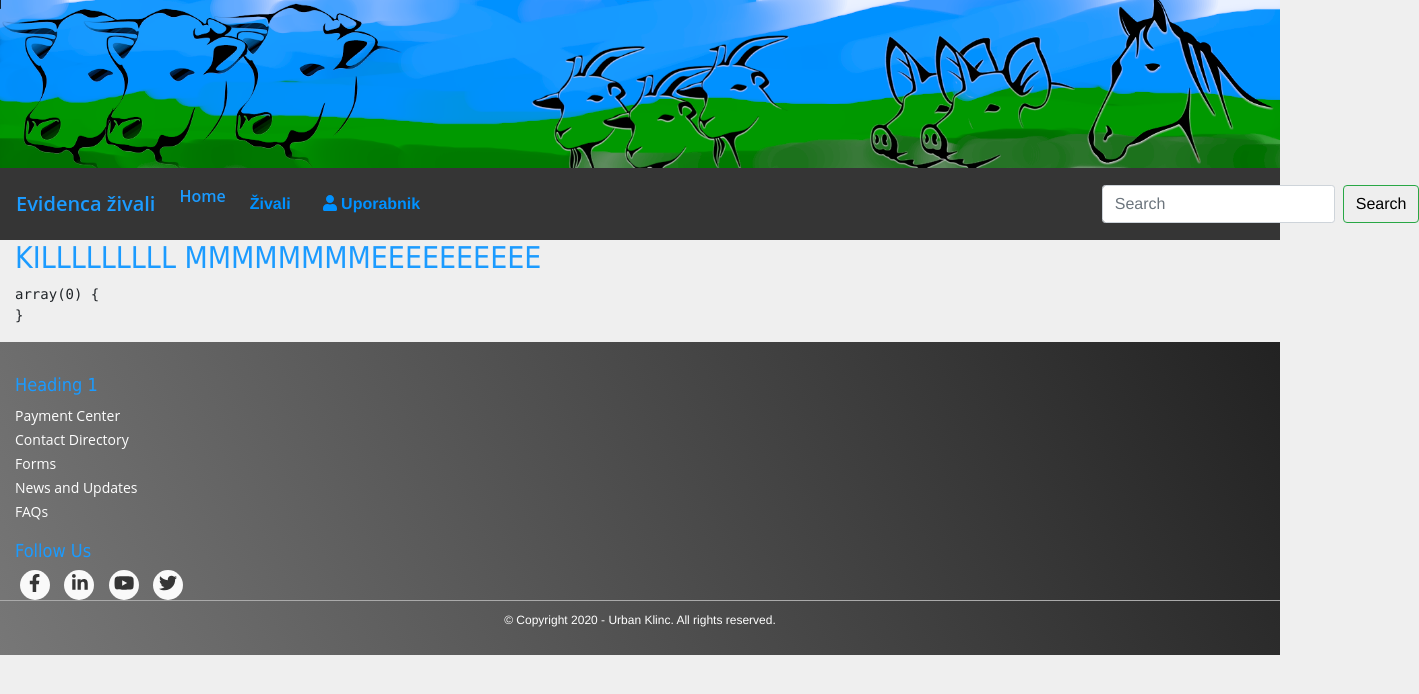
Repository: UrbyK/evidenca
Page: http://localhost/
These files come from the project's save history. The page is drawn as it stood at one moment and after the next save; the edit follows.
The browser window is 1280 px wide. The page is 1419 px wide, then 1280 px, so the pictures cover 1419 px, including what lies to the right of the window. The pictures show the whole page.
Some web fonts or font styles are not loaded; a fallback is used. Some web libraries are served in a nearby version. The page is run by PHP 8.4 with error messages shown; the project is at /var/www/html/.

Above is the page before, as saved 2020-06-08 22:55:31.

After the next save:
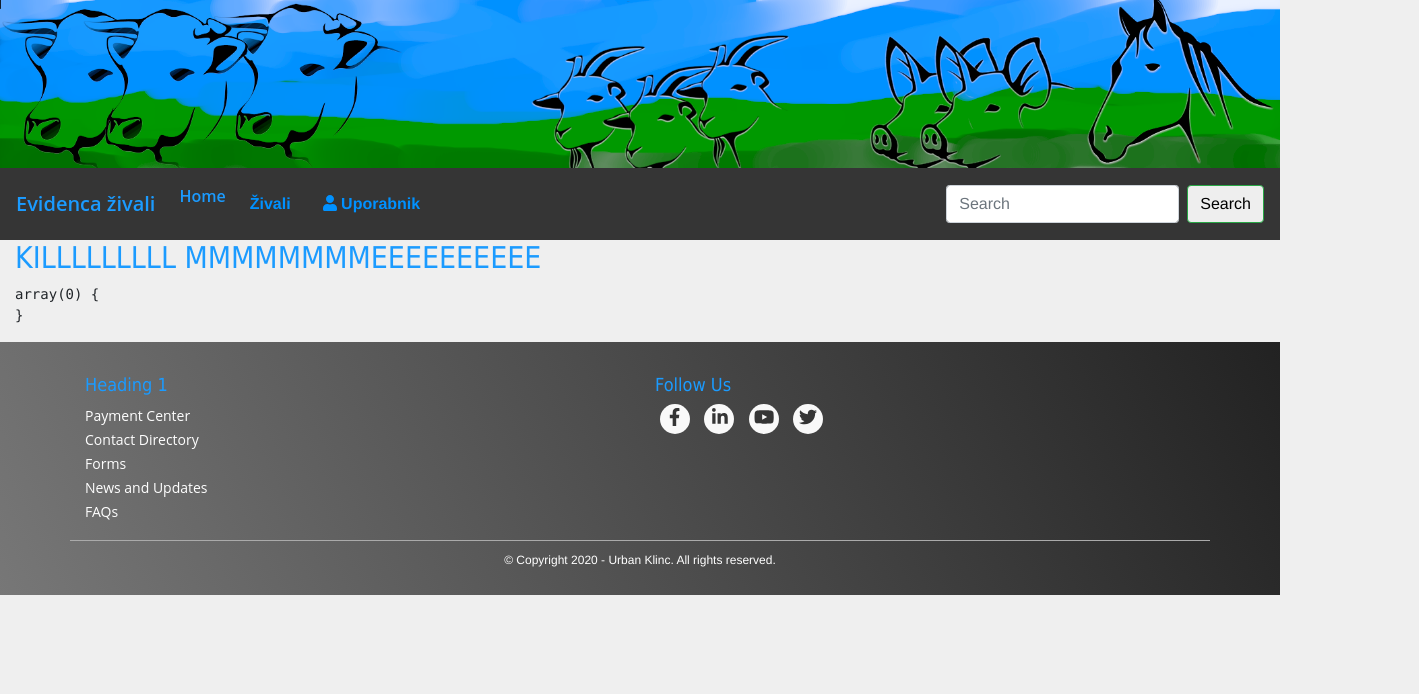
Saved 13 s later.
--- a/css/style.css
+++ b/css/style.css
@@ -484,19 +484,3 @@ input{
     background: #cecece;
     text-decoration: none;
 }
-
-/* ANIMAL SHOW */
-div{
-    min-width: 100%;
-}
-table,table td,
- table th{
-    margin: 15px auto 0 auto;
-    border: 2px solid #353535;
-    box-shadow: 0 0 0 3px hsl(0, 0%, 70%);
-    min-width: 150px;
-}
-
- table td{
-    min-width: 100px;
-}
